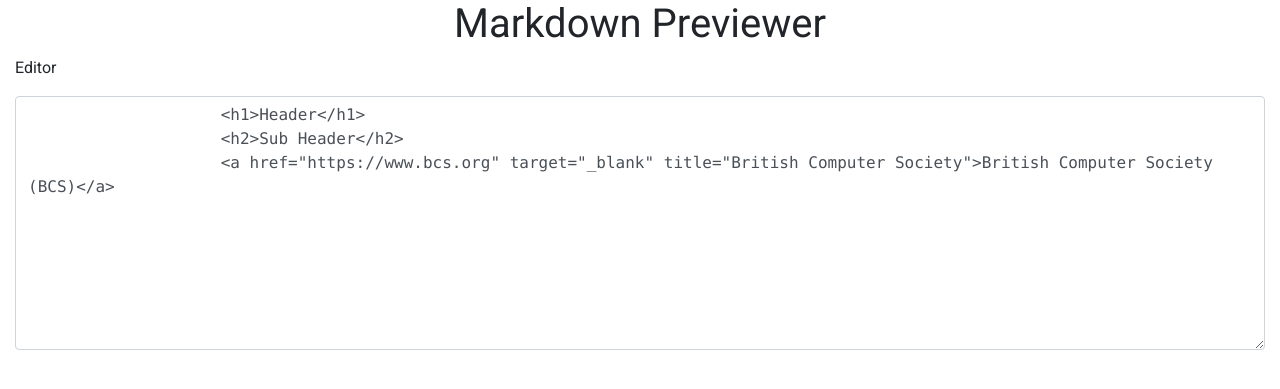
Repository: derektypist/markdown-previewer
Page: index.html
The author's editor kept a record of every edit. The page is drawn from the files as they stood at one moment, then again after the next edit.
The browser window is 1280 px wide. The pictures show the whole page.

Above is the page before.

### index.html
<!DOCTYPE html>
<html lang="en">

<head>
    <meta charset="UTF-8">
    <meta name="viewport" content="width=device-width, initial-scale=1.0">
    <meta http-equiv="X-UA-Compatible" content="ie=edge">
    <title>Markdown Previewer</title>
    <!-- Load Style Sheets -->
    <link rel="stylesheet" href="https://maxcdn.bootstrapcdn.com/bootstrap/4.4.1/css/bootstrap.min.css" integrity="sha384-Vkoo8x4CGsO3+Hhxv8T/Q5PaXtkKtu6ug5TOeNV6gBiFeWPGFN9MuhOf23Q9Ifjh" crossorigin="anonymous">
    <link href="https://fonts.googleapis.com/css?family=Roboto&display=swap" rel="stylesheet">
    <style>
        /* Heading H1 */

        h1 {
            font-family: "Roboto", Arial, Verdana, sans-serif;
            text-align: center;
        }

        /* Editor */

        p {
            font-family: "Roboto", Arial, Verdana, sans-serif;
        }

        #editor {
            font-family: "Consolas", monospace;
        }
    </style>
    <!-- Load Scripts -->
    <script src="https://cdn.jsdelivr.net/npm/marked/marked.min.js"></script>
    <script src="https://ajax.googleapis.com/ajax/libs/jquery/3.4.1/jquery.min.js"></script>
    <script>
        // Define Function
        function displayPreview() {
            $("#preview").html(
                `<p>{marked('# Your project title')}</p>
                <p>{marked('## UX')}`);
        }
    </script>
</head>

<body>
    <!-- Set Up Heading -->
    <header class="container-fluid">
        <h1>Markdown Previewer</h1>
    </header>

    <!-- Set Up Section -->
    <section class="container-fluid">
        <!-- Set Up Editor -->
        <article>
            <p>Editor</p>
                <textarea class="form-control" id="editor" rows="10" oninput="displayPreview()">
                    <h1>Header</h1>
                    <h2>Sub Header</h2>
                    <a href="https://www.bcs.org" target="_blank" title="British Computer Society">British Computer Society (BCS)</a>



                    </textarea>

                <!-- Set Up Previewer -->
                <article id="preview"></article>

        </article>
    </section>
</body>

</html>

After the next edit:
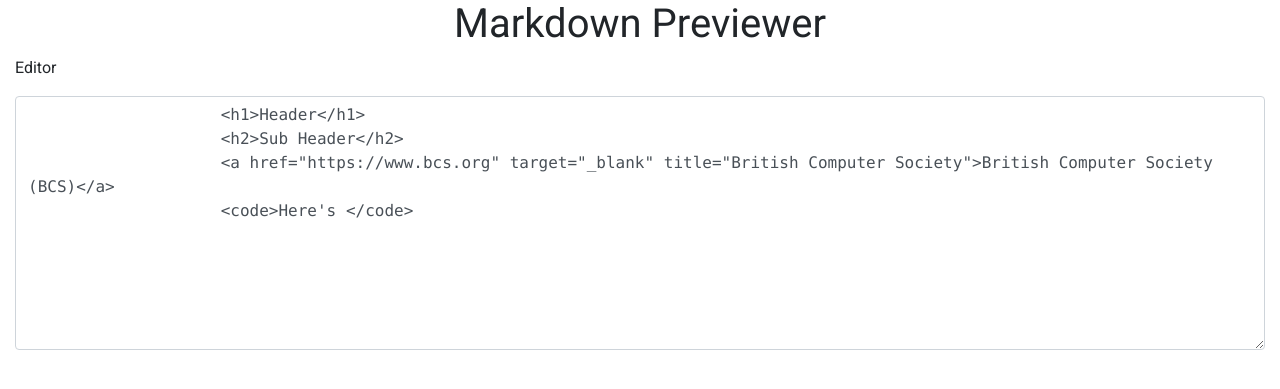
The edit:
--- a/index.html
+++ b/index.html
@@ -55,7 +55,7 @@
                     <h1>Header</h1>
                     <h2>Sub Header</h2>
                     <a href="https://www.bcs.org" target="_blank" title="British Computer Society">British Computer Society (BCS)</a>
-
+                    <code>Here's </code>
 
 
                     </textarea>
